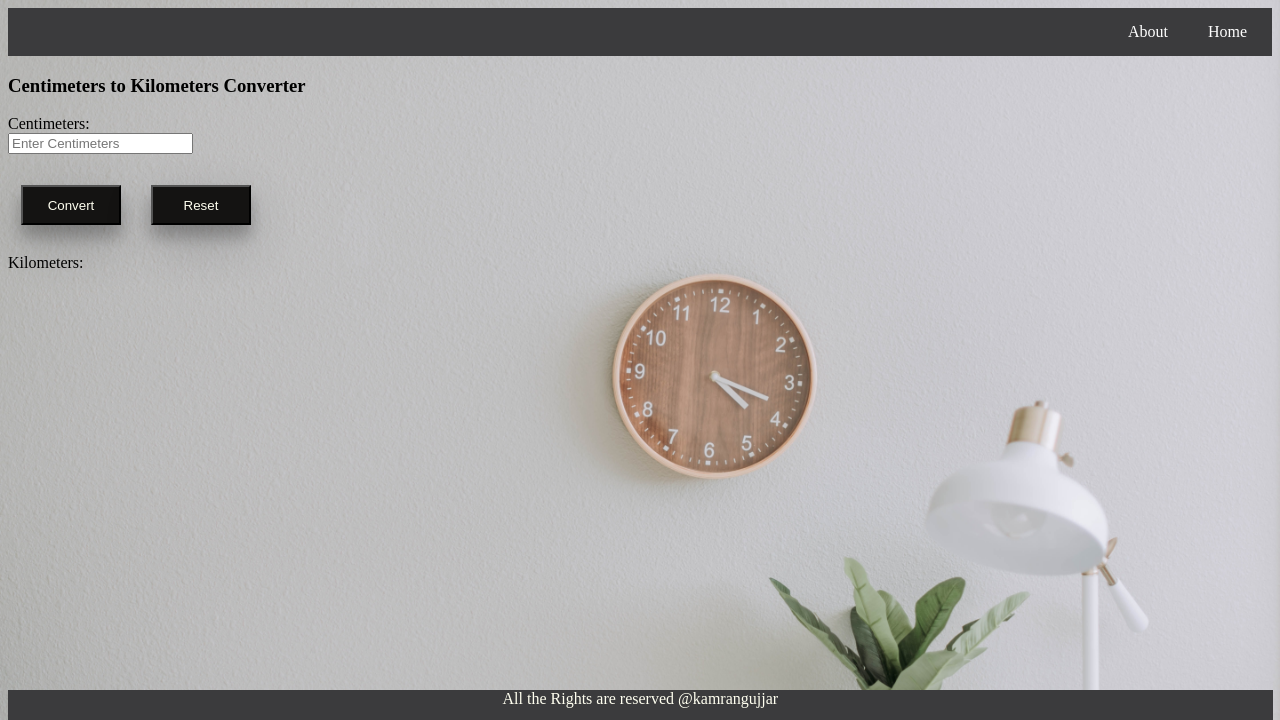
Repository: Kamrangujjar85112/Length-Converter
Page: html/cm_km.html
These files come from the project's save history. The page is drawn as it stood at one moment and after the next save; the edit follows.
The browser window is 1280 px wide. The pictures show the whole page.

Above is the page before, as saved 2022-01-21 22:38:13.

After the next save:
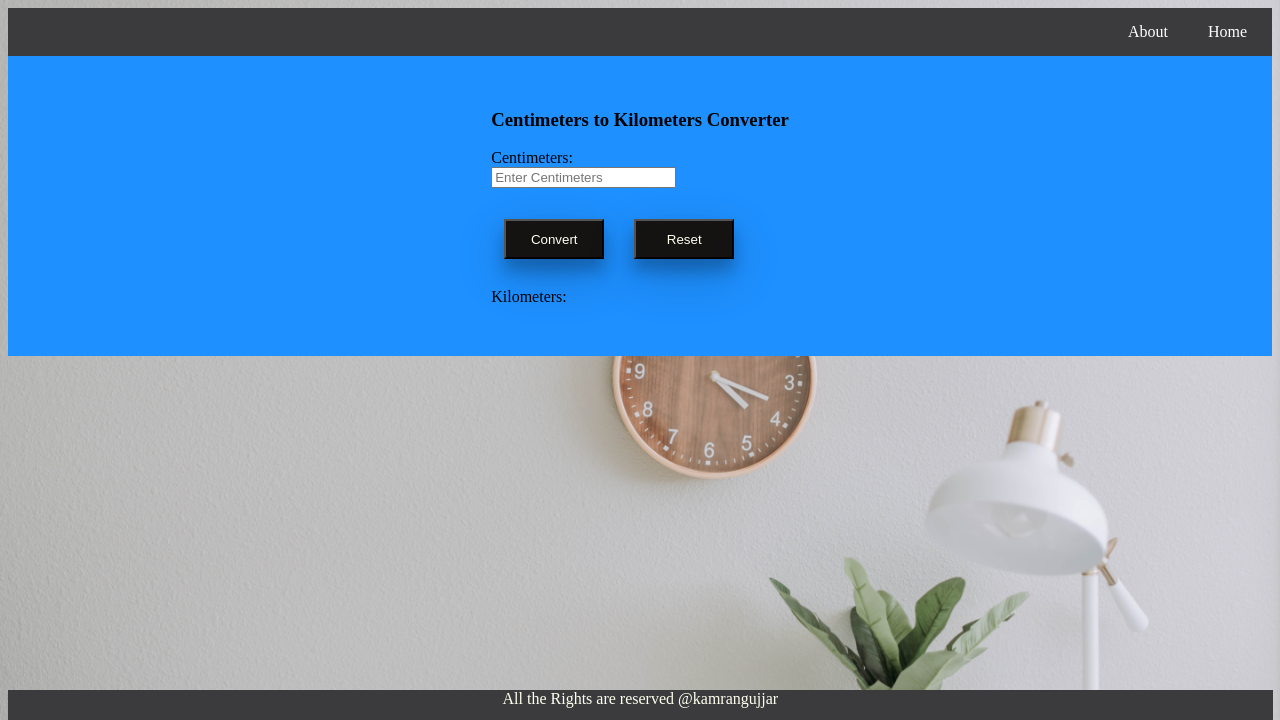
Saved 38 s later.
--- a/css/style.css
+++ b/css/style.css
@@ -95,8 +95,10 @@ button{
     margin:13px;
     box-shadow: 0 12px 16px 0 rgba(0,0,0,0.24), 0 17px 50px 0 rgba(0,0,0,0.19);
 }
-.box{
-    margin: 50px;
-    align-content: left;
-    border-color:navy;
-}
+.flex-container {
+    display: flex;
+    justify-content: center;
+    align-items: center;
+    height: 300px;
+    background-color: DodgerBlue;
+  }
